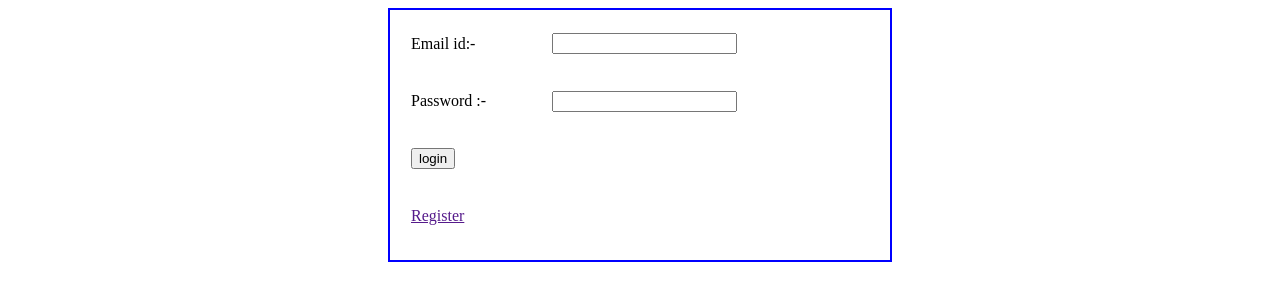
Repository: ShivrajMPujari/ServletApplication
Page: http://localhost/LoginReg/
The author's editor kept a copy of each file at every save. The page is drawn from the files as they stood at one save, then again after the next save.
The browser window is 1280 px wide. The pictures show the whole page.
The page is served by Tomcat 9.

Above is the page before, as saved 2018-07-09 05:51:57.

After the next save:
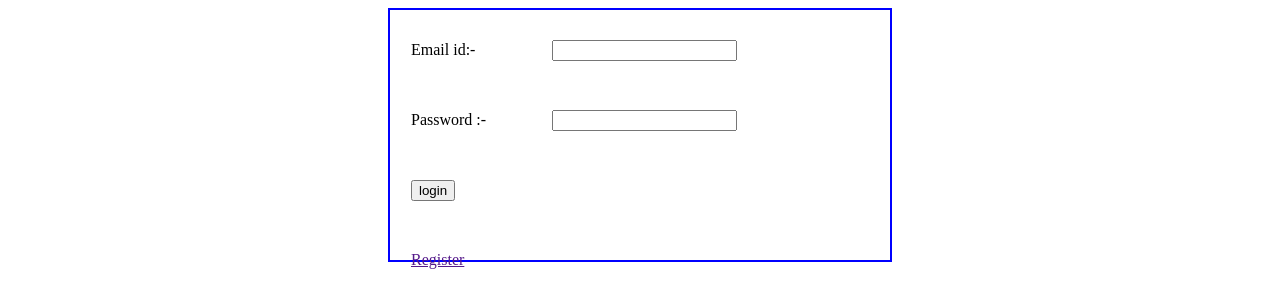
Saved 11 s later.
--- a/LoginReg/WebContent/index.css
+++ b/LoginReg/WebContent/index.css
@@ -14,5 +14,5 @@
 
 }
 tr{
-	height: 40px;
+	height: 60px;
 }

After the save that followed:
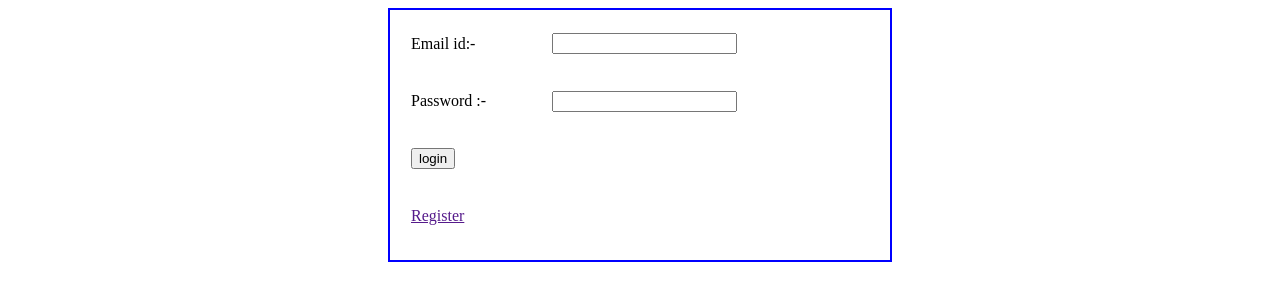
Saved 12 s later.
--- a/LoginReg/WebContent/index.css
+++ b/LoginReg/WebContent/index.css
@@ -14,5 +14,5 @@
 
 }
 tr{
-	height: 60px;
+	height: 30px;
 }
